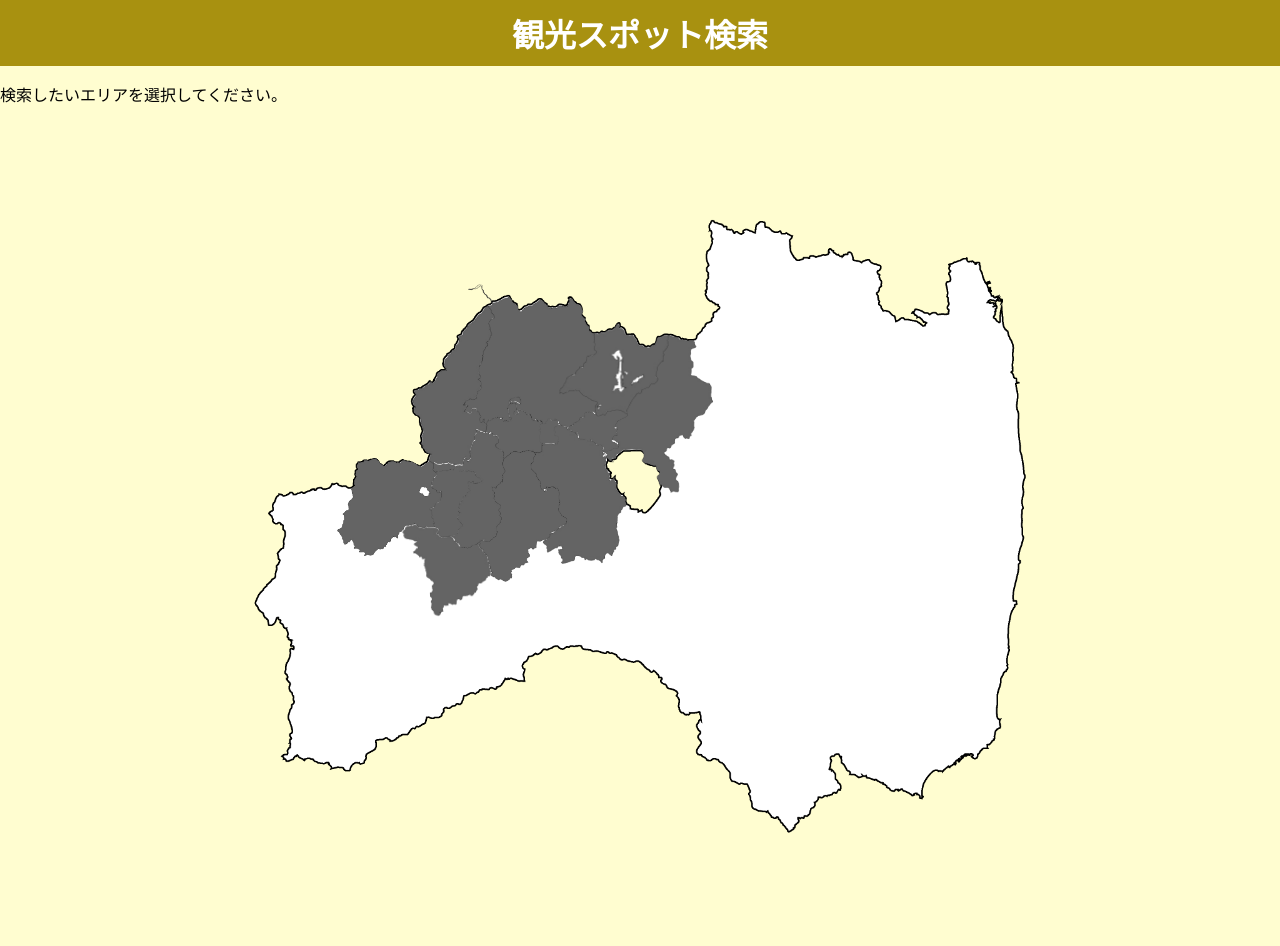
Repository: ryoutana/tanaryou.github.io
Page: Downloads/project/index.html
The author's editor kept a copy of each file at every save. The page is drawn from the files as they stood at one save, then again after the next save.
The browser window is 1280 px wide. The pictures show the whole page.

Above is the page before, as saved 2025-04-29 14:44:59.

After the next save:
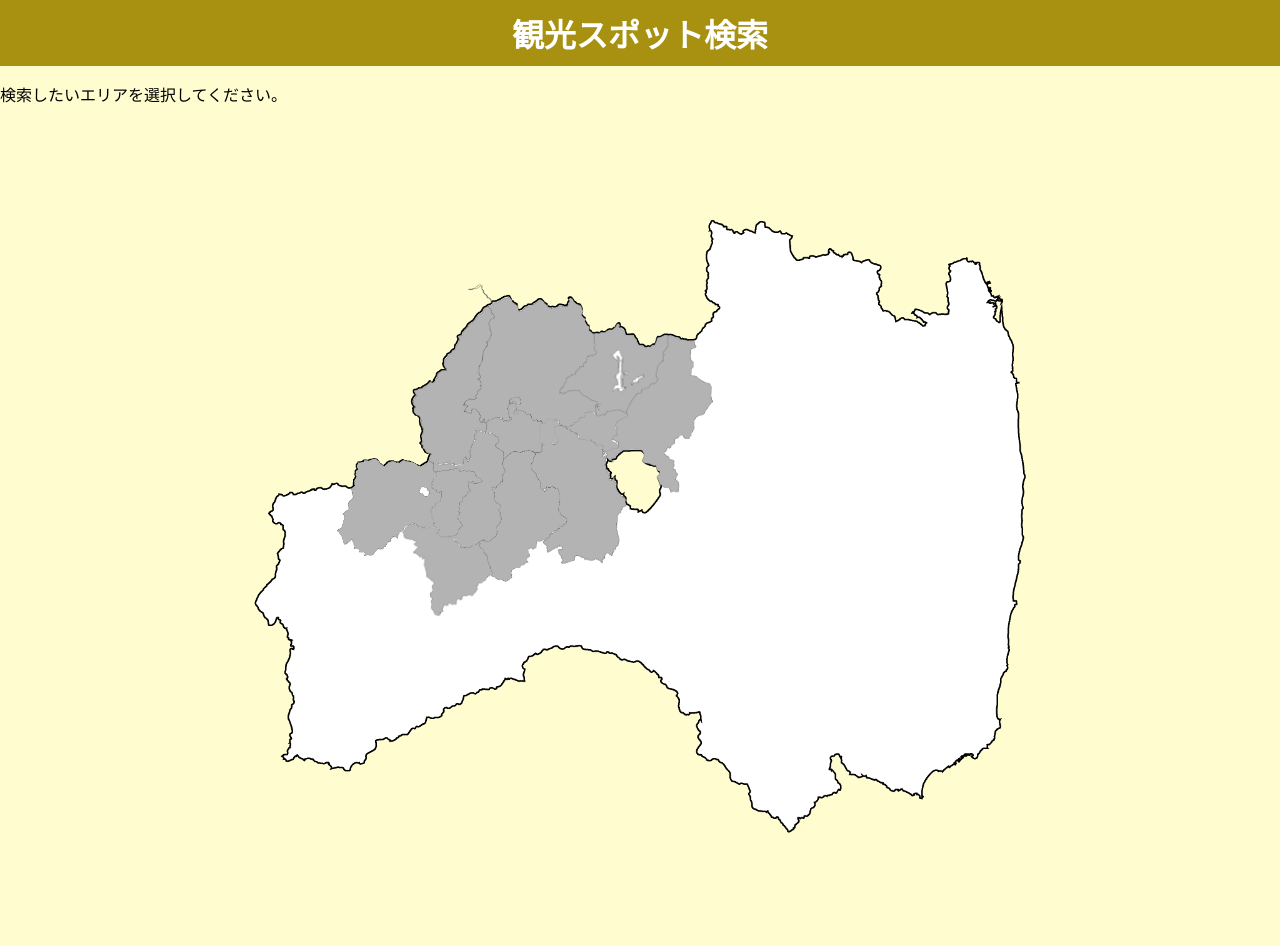
Saved 11 min 43 s later.
--- a/Downloads/project/script.js
+++ b/Downloads/project/script.js
@@ -38,7 +38,7 @@ function generateSpots() {
         img.style.left = `${(spot.x / 800) * mapWidth}px`; // x座標を地図のサイズに比例させる
         img.style.top = `${(spot.y / 800) * mapHeight}px`; // y座標を地図のサイズに比例させる
         img.classList.add('spot-image');
-        img.style.filter = 'brightness(0.5) saturate(0)'; // デフォルトの灰色
+        img.style.filter = 'brightness(0.9) saturate(0)'; // デフォルトの薄い灰色
 
         // 当たり判定用の透明な要素を作成
         const hitbox = document.createElement('div');
@@ -59,7 +59,7 @@ function generateSpots() {
         });
         hitbox.addEventListener('mouseout', () => {
             if (!img.classList.contains('active')) {
-                img.style.filter = 'brightness(0.5) saturate(0)'; // 元の灰色に戻す
+                img.style.filter = 'brightness(0.9) saturate(0)'; // 元の薄い灰色に戻す
             }
         });
 
@@ -67,7 +67,7 @@ function generateSpots() {
         hitbox.addEventListener('click', () => {
             if (img.classList.contains('active')) {
                 img.classList.remove('active'); // 緑から灰色に戻す
-                img.style.filter = 'brightness(0.5) saturate(0)'; // 元の灰色に戻す
+                img.style.filter = 'brightness(0.9) saturate(0)'; // 元の薄い灰色に戻す
             } else {
                 img.classList.add('active'); // 緑にする
                 img.style.filter = 'brightness(1) hue-rotate(120deg)'; // 緑にする
